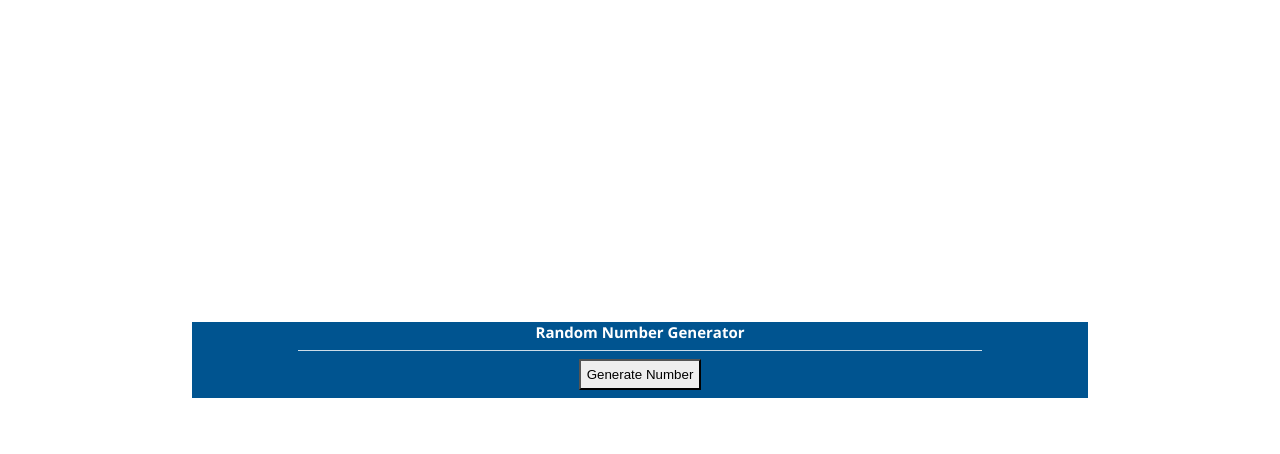
Repository: fakebrianho/100daysJS
Page: day002/index.html
An editor plug-in stored every save of this project. The page is shown before and after the next save, followed by the edit.
The browser window is 1280 px wide. The pictures show the whole page.
Some web libraries are served in a nearby version.

Above is the page before, as saved 2023-03-21 19:31:56.

After the next save:
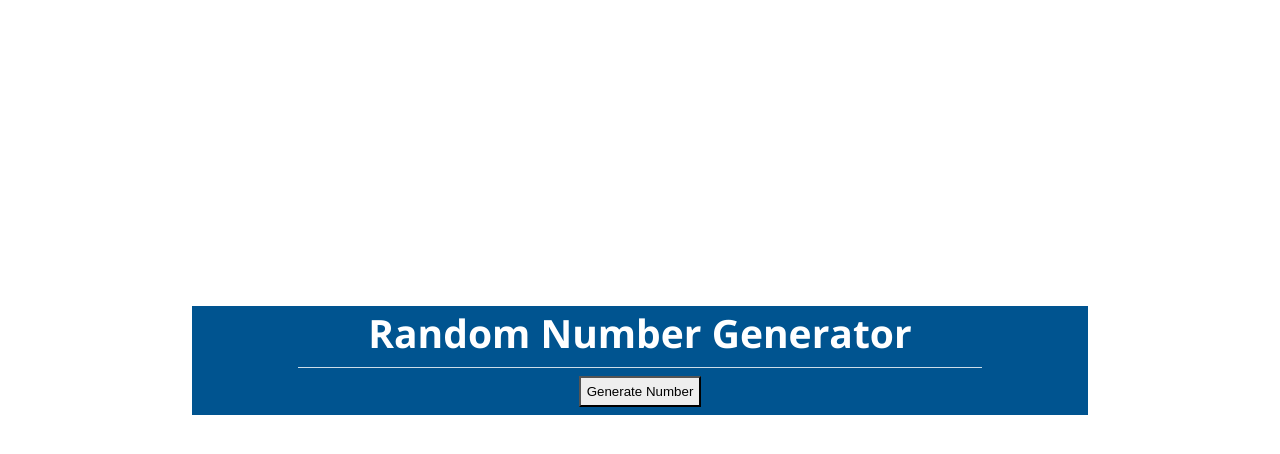
Saved 13 s later.
--- a/day002/styles.css
+++ b/day002/styles.css
@@ -18,7 +18,7 @@
 }
 
 html {
-	font-size: 10px;
+	font-size: 26px;
 }
 
 body {
